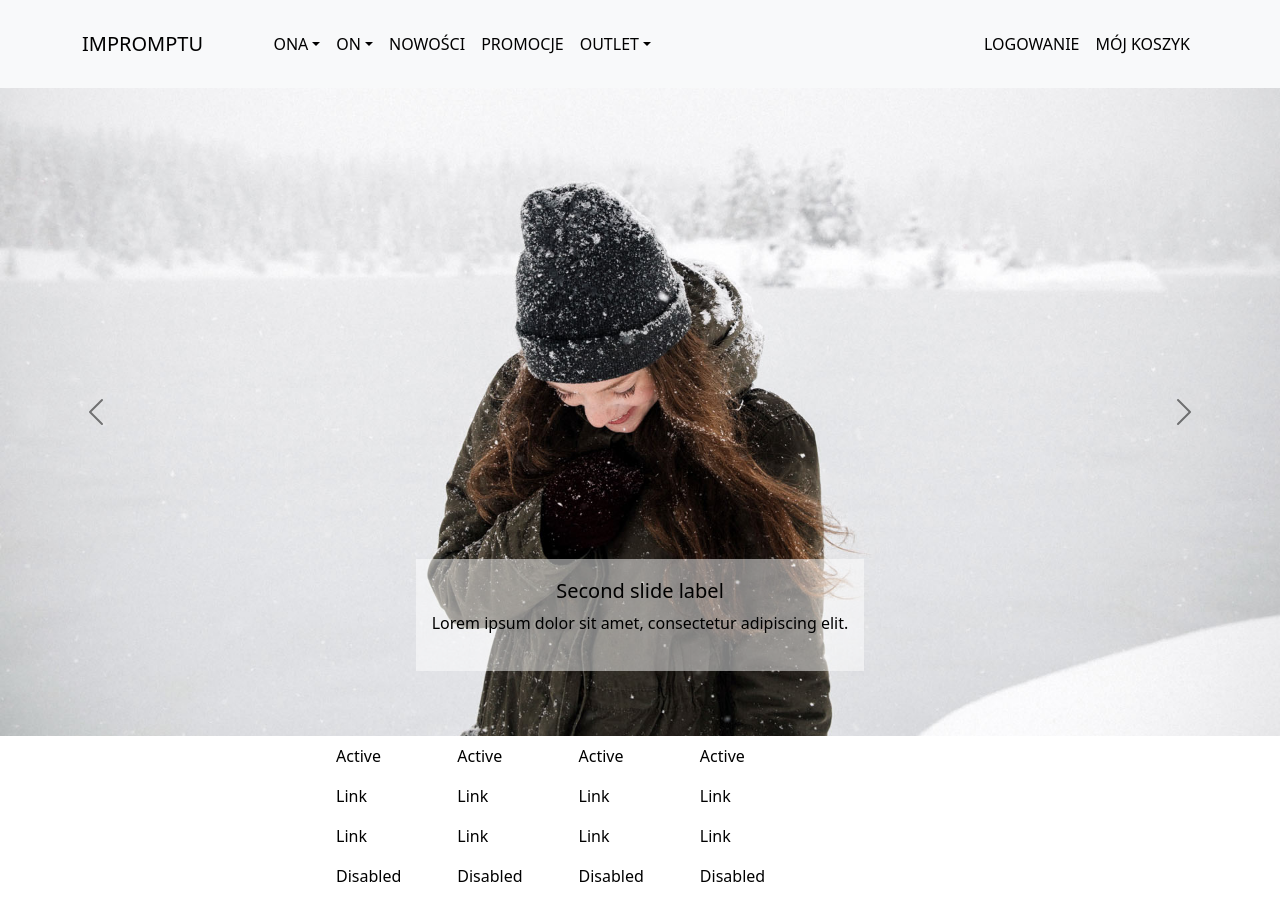
Repository: michalgornicki/Impromptu
Page: /
The author's editor kept a copy of each file at every save. The page is drawn from the files as they stood at one save, then again after the next save.
The browser window is 1280 px wide. The pictures show the whole page.
The project was rebuilt for these pictures with package versions that can differ from the ones it lists, and the page was loaded fresh each time.

Above is the page before, as saved 2021-12-23 13:23:51.

After the next save:
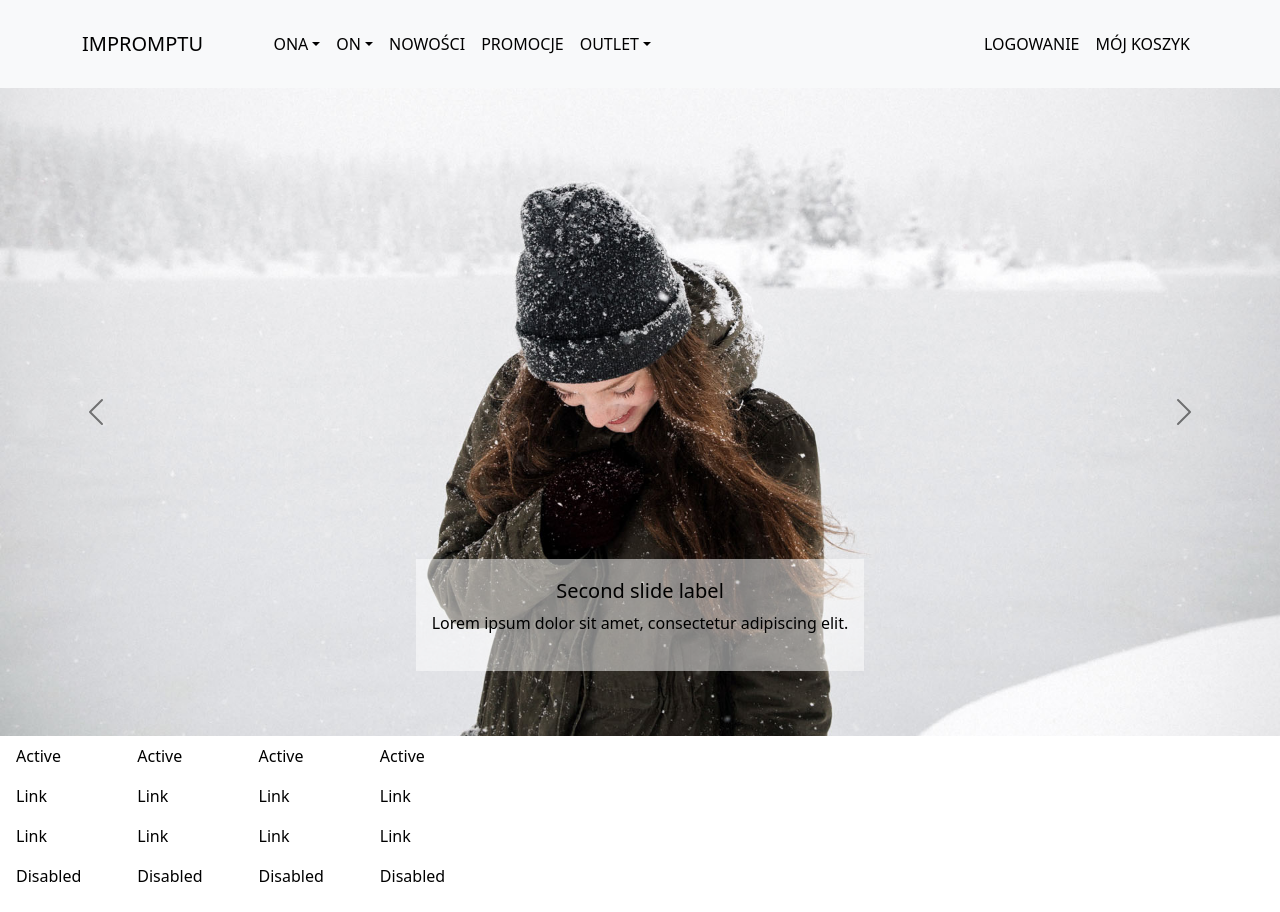
Saved 62 s later.
--- a/src/App.jsx
+++ b/src/App.jsx
@@ -157,7 +157,7 @@ function App() {
 
 <Nav
   activeKey="/home"
-  className="w-50 m-auto"
+  className="w-fit m-auto"
 >
   <Row className="flex justify-center">
   <Col>
